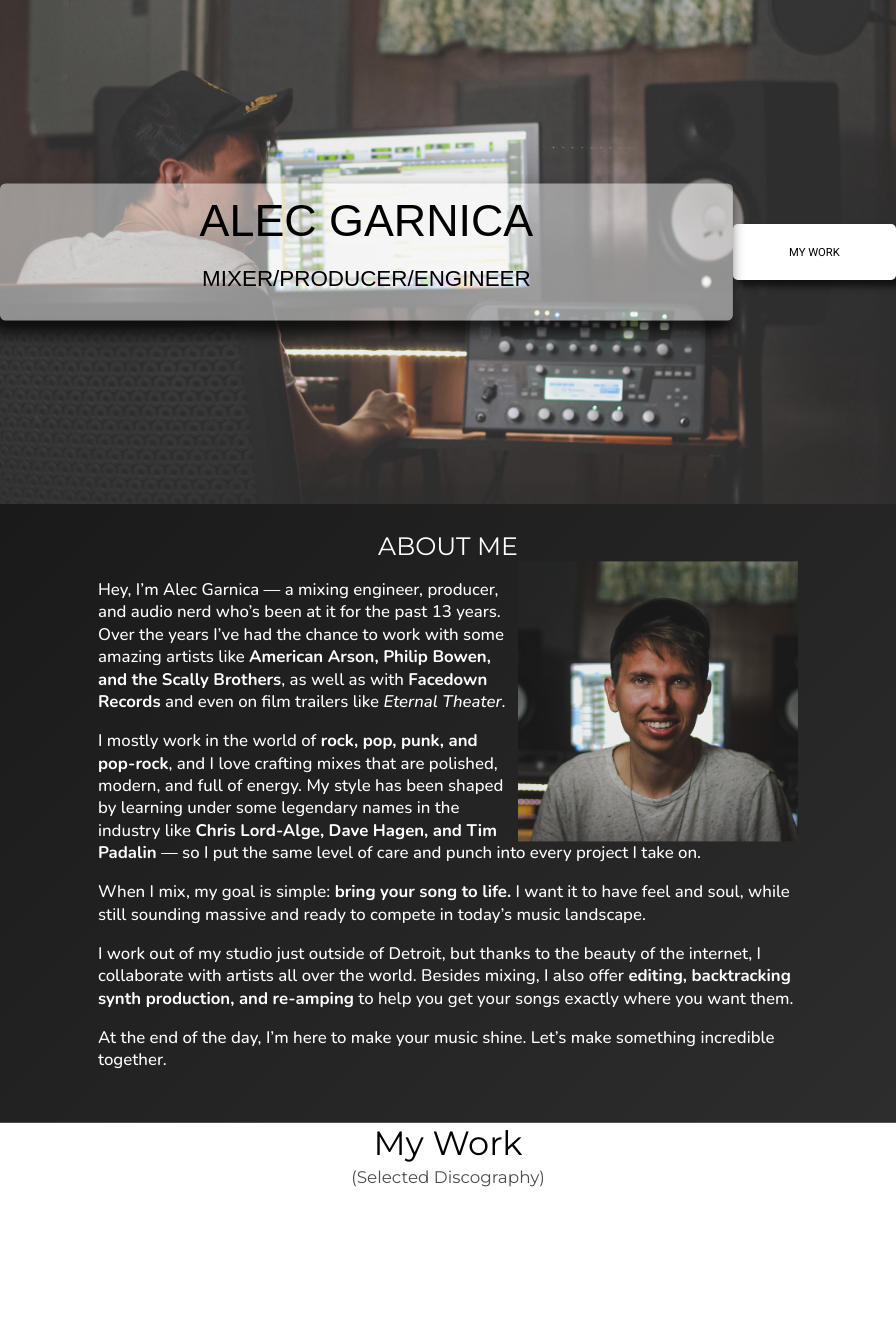
Repository: Aworminator/mixing-portfolio
Page: index.html
The author's editor kept a copy of each file at every save. The page is drawn from the files as they stood at one save, then again after a run of saves.
The browser window is 1280 px wide. The pictures show the part of the page from y = 0 to 1920 px (the page is 6553 px tall), at 70% of full size.
Pictures or frames that could not be fetched are drawn as grey boxes. Some web fonts or font styles are not loaded; a fallback is used.

Above is the page before, as saved 2025-09-02 17:18:21.
Console error: ReferenceError: emailjs is not defined

### index.html
<!DOCTYPE html>
<html lang="en">
  <head>
    <meta charset="UTF-8" />
    <meta name="viewport" content="width=device-width, initial-scale=1.0" />
    <title>Mixing Portfolio</title>
    <link rel="preconnect" href="https://fonts.googleapis.com" />
    <link rel="preconnect" href="https://fonts.gstatic.com" crossorigin />
    <link
      href="https://fonts.googleapis.com/css2?family=Gothic+A1:wght@100;200;300;400;500;600;700;800;900&family=Rock+Salt&family=Nunito:ital,wght@0,200..1000;1,200..1000&family=Montserrat:ital,wght@0,100..900;1,100..900&family=Caveat:wght@400..700&display=swap"
      rel="stylesheet"
    />
    <link
      href="https://fonts.googleapis.com/css2?family=Roboto:ital,wght@0,100..900;1,100..900&display=swap"
      rel="stylesheet"
    />
    <link rel="stylesheet" href="styles.css" />
    <link
      rel="stylesheet"
      href="https://cdnjs.cloudflare.com/ajax/libs/font-awesome/6.0.0/css/all.min.css"
      integrity="sha512-9usAa10IRO0HhonpyAIVpjrylPvoDwiPUiKdWk5t3PyolY1cOd4DSE0Ga+ri4AuTroPR5aQvXU9xC6qOPnzFeg=="
      crossorigin="anonymous"
      referrerpolicy="no-referrer"
    />
  </head>
  <body>
    <section class="home-page">
      <div class="container">
        <img
          src="./images/backShot.JPG"
          class="main-pic"
          alt="alecgarnica.com photo"
        />
        <div class="overlay">
          <h1 class="gothic-a1-regular">ALEC GARNICA</h1>
          <h2 class="gothic-a1-regular">MIXER/PRODUCER/ENGINEER</h2>
        </div>
        <button class="work-button">MY WORK</button>
      </div>
    </section>
    <section class="about-me">
      <div class="about-info">
        <h1>ABOUT ME</h1>
        <img src="./images/font-shot.JPG" class="front-shot" alt="" />
        <p>
          Hey, I’m Alec Garnica — a mixing engineer, producer, and audio nerd
          who’s been at it for the past 13 years. Over the years I’ve had the
          chance to work with some amazing artists like
          <strong>American Arson, Philip Bowen, and the Scally Brothers</strong
          >, as well as with <strong>Facedown Records</strong> and even on film
          trailers like <em>Eternal Theater</em>.
        </p>

        <p>
          I mostly work in the world of
          <strong>rock, pop, punk, and pop-rock</strong>, and I love crafting
          mixes that are polished, modern, and full of energy. My style has been
          shaped by learning under some legendary names in the industry like
          <strong>Chris Lord-Alge, Dave Hagen, and Tim Padalin</strong> — so I
          put the same level of care and punch into every project I take on.
        </p>

        <p>
          When I mix, my goal is simple:
          <strong>bring your song to life.</strong> I want it to have feel and
          soul, while still sounding massive and ready to compete in today’s
          music landscape.
        </p>

        <p>
          I work out of my studio just outside of Detroit, but thanks to the
          beauty of the internet, I collaborate with artists all over the world.
          Besides mixing, I also offer
          <strong>editing, backtracking synth production, and re-amping</strong>
          to help you get your songs exactly where you want them.
        </p>

        <p>
          At the end of the day, I’m here to make your music shine. Let’s make
          something incredible together.
        </p>
      </div>
    </section>
    <section class="audio-examples" id="work">
      <div class="audio-header">
        <h1 class="my-work">My Work</h1>
        <h2 class="Selected">(Selected Discography)</h2>
      </div>
      <div class="videos">
        <iframe
          max-width="700"
          max-height="400"
          src="https://www.youtube.com/embed/eqg1Gq4seWM?si=DX9P9PFpzfFowoa7"
          title="YouTube video player"
          frameborder="0"
          allow="accelerometer; autoplay; clipboard-write; encrypted-media; gyroscope; picture-in-picture; web-share"
          referre700licy="strict-origin-when-cross-origin"
          allowfullscreen
          class="video"
        ></iframe>
        <iframe
          max-width="700"
          max-height="400"
          src="https://www.youtube.com/embed/Iz-hEh3Y0hM?si=Wv5LKFF-jRccTdgM&amp;start=48"
          title="YouTube video player"
          frameborder="0"
          allow="accelerometer; autoplay; clipboard-write; encrypted-media; gyroscope; picture-in-picture; web-share"
          referrerpolicy="strict-origin-when-cross-origin"
          allowfullscreen
          class="video"
        ></iframe>
        <iframe
          max-width="700"
          max-height="400"
          src="https://www.youtube.com/embed/VA2vZEjnYfY?si=OQ5lfUXrBXHWdOYN"
          title="YouTube video player"
          frameborder="0"
          allow="accelerometer; autoplay; clipboard-write; encrypted-media; gyroscope; picture-in-picture; web-share"
          referrerpolicy="strict-origin-when-cross-origin"
          allowfullscreen
          class="video"
        ></iframe>
        <iframe
          max-width="700"
          max-height="400"
          src="https://www.youtube.com/embed/L9egLN9AOas?si=VhJ0fQgymm5FhAU1"
          title="YouTube video player"
          frameborder="0"
          allow="accelerometer; autoplay; clipboard-write; encrypted-media; gyroscope; picture-in-picture; web-share"
          referrerpolicy="strict-origin-when-cross-origin"
          allowfullscreen
          class="video"
        ></iframe>
      </div>

      <div class="audio">
        <div id="input"></div>
      </div>
      <a
        href="https://open.spotify.com/playlist/7I4emXAeLMEQLFu5VL2Gmp?si=4582652f148643d4"
        target="_blank"
        rel="noopener noreferrer"
        class="Discography"
      >
        Full Discography
        <img src="./images/spotify-icon.png" class="spotify" alt="Spotify" />
      </a>
    </section>

    <section class="contact">
      <div class="contact-form-container">
        <h1>Contact Me</h1>
        <form class="contact-form" id="contact-form" autocomplete="off">
          <div class="form-group">
            <label for="name">Name*</label>
            <input type="text" id="name" name="name" required />
          </div>
          <div class="form-group">
            <label for="email">Email*</label>
            <input type="email" id="email" name="email" required />
          </div>
          <div class="form-group">
            <label for="message">Message*</label>
            <textarea id="message" name="message" rows="5" required></textarea>
          </div>
          <button type="submit">Send</button>
        </form>
      </div>
    </section>

    <script src="script.js"></script>
    <script src="https://cdn.jsdelivr.net/npm/bootstrap@5.3.0-alpha1/dist/js/bootstrap.bundle.min.js"></script>
    <script
      type="text/javascript"
      src="https://cdn.jsdelivr.net/npm/@emailjs/browser@4/dist/email.min.js"
    ></script>
    <script type="text/javascript">
      (function () {
        emailjs.init({
          publicKey: "Av33DaVyg5wDM5N9s",
        });
      })();

      function sendEmail(event) {
        event.preventDefault();

        const serviceID = "service_x2fv1ji";
        const templateID = "template_xrm7y6m";

        emailjs
          .sendForm(
            serviceID,
            templateID,
            document.getElementById("contact-form")
          )
          .then(
            () => {
              alert("Message sent successfully!");
              document.getElementById("contact-form").reset();
            },
            (error) => {
              alert("Failed to send message. Please try again later.");
              console.error("EmailJS Error:", error);
            }
          );
      }

      document
        .getElementById("contact-form")
        .addEventListener("submit", sendEmail);
    </script>
  </body>
</html>

### styles.css
body,
html {
  margin: 0;
  padding: 0;
}

.rock-salt-regular {
  font-family: "Rock Salt", cursive;
  font-weight: 400;
  font-style: normal;
}

.gothic-a1-regular {
  font-family: "Gothic A1", sans-serif;
  font-weight: 500;
  font-style: normal;
}

p {
  font-family: "Nunito", sans-serif;
  font-optical-sizing: auto;
  font-weight: 500;
  font-style: normal;
}

h1,
h2,
h3 {
  font-family: "Montserrat", sans-serif;
  font-optical-sizing: auto;
  font-weight: 400;
  font-style: normal;
}

h3 {
  opacity: 80%;
}

.container {
  position: relative;
  width: 100%;
  height: 100vh; /* full screen hero section */
  display: flex;
  align-items: center; /* vertical centering */
  justify-content: center; /* horizontal centering */
  overflow: hidden;
}

.main-pic {
  width: 100%;
  height: 100%;
  object-fit: cover;
  position: absolute;
  top: 0;
  left: 0;
  z-index: -1;
  opacity: 0.9;
}

.overlay {
  z-index: 1;
  text-align: center;
  background-color: rgba(255, 255, 255, 0.467);
  width: 100%;
  box-shadow: -8px 14px 20px 4px rgb(0 0 0 / 69%);
  padding: 1rem 2rem;
  border-radius: 8px;
}

.overlay h1 {
  font-size: clamp(2rem, 5vw, 4rem); /* responsive text */
}

.overlay h2 {
  font-size: clamp(1rem, 3vw, 2rem);
}

.home-page {
  max-height: 900px;
}

.about-me {
  position: relative;
  max-height: 900px;
  background: linear-gradient(135deg, #1a1a1a 0%, #2d2d2d 100%);
  margin: 0 auto;
  padding-top: 3%;
}

.about-info {
  color: white;
  font-size: 1.5em;
  width: 1000px;
  margin: 0 auto;
  padding-bottom: 50px;
}

.videos {
  margin: 0 auto;
  font-size: 2em;
  display: flex;
  flex-direction: row;
  flex-wrap: wrap;
  gap: 40px;
  justify-content: center;
}

.my-work {
  font-size: 3em;
  text-align: center;
}

.Selected {
  text-align: center;
  opacity: 70%;
  position: relative;
  bottom: 15px;
}

.front-shot {
  float: right;
  height: 400px;
  width: 400px;
  object-fit: cover;
  aspect-ratio: 1 / 1;
}

.work-button {
  position: relative;
  display: flex;
  justify-content: center;
  align-items: center;
  text-align: center;
  font-size: 1em;
  background-color: rgb(255, 255, 255);
  width: 300px;
  height: 80px;
  border-radius: 7px;
  margin: 0 auto;
  box-shadow: 8px 9px 10px rgb(0 0 0 / 65%);
  font-family: "Roboto", sans-serif;
  font-optical-sizing: auto;
  font-weight: 400;
  font-style: normal;
  font-variation-settings: "wdth" 100;
  border: none;
  cursor: pointer;
  color: inherit;
}

.work-button:hover {
  transform: scale(1.1);
}

.work-button:active {
  transform: scale(0.9);
}

.card {
  height: 500px;
  width: 300px;
  border: 2px solid black;
  background-color: rgb(255, 255, 255);
  background: url("https://www.patternpictures.com/wp-content/uploads/Crumpled-white-paper-texture-background.jpg");
  background-color: rgba(255, 255, 255, 0.775);
  background-blend-mode: lighten;
  box-shadow: 5px 10px 20px 0 rgba(0, 0, 0, 0.535);
  border-radius: 10px;
  margin: 90px;
  display: flex;
  flex-direction: column;
  justify-content: flex-start;
  align-items: center;
  flex-wrap: wrap;
  z-index: 1;
}

h1 {
  text-align: center;
  margin: 0 auto;
}

h4 {
  font-family: "Caveat";
  font-optical-sizing: auto;
  font-weight: 400;
  font-style: normal;
  text-shadow: 2px 5px 6px rgba(0, 0, 0, 0.18);
}

#input {
  display: flex;
  justify-content: center;
  flex-direction: column;
  flex-wrap: wrap;
}

.audio {
  display: flex;
  flex-direction: column;
  justify-content: flex-start;
  margin-top: 50px;
}

.album-artwork {
  height: 300px;
  width: 300px;
  border-radius: 10px 10px 0 0;
  position: relative;
}

.card-info {
  display: flex;
  flex-direction: row;
  justify-content: space-around;
  width: 200px;
  margin-top: 10px;
  margin-bottom: 0;
  position: relative;
}

.band-info {
  border-radius: 10px;
  padding: 5px 10px;
  height: 100px;
  width: 200px;
  display: flex;
  flex-direction: column;
  align-items: flex-start;
  font-size: 0.9em;
  text-align: left;
}

.album-title {
  position: relative;
  bottom: 15px;
}

.link {
  text-decoration: none;
  color: black;
}

.link:hover {
  text-decoration: underline;
  transform: scale(1.05);
}

@keyframes move-words {
  0% {
    left: 100%;
  }
  100% {
    left: -100%;
  }
}

.fa-pause,
.fa-play {
  font-size: 2em;
  position: relative;
  right: 12px;
}

.fa-play:active {
  font-size: 2em;
  position: relative;
  transform: scale(0.8);
}

.player {
  display: flex;
  flex-direction: row;
  align-items: center;
  justify-content: center;
  padding: 10px 0 0 0;
  margin-bottom: 25px;
}

.progress-bar {
  background-color: white;
  border-radius: 40px;
  color: black;
  width: 150px;
  height: 12px;
  border: 1px solid rgb(221, 144, 99);
}

.progress {
  background-color: rgb(244, 164, 117);
  border-radius: 40px;
  height: 100%;
  width: 0%;
}

/* Contact Section Styles */
.contact {
  background: linear-gradient(135deg, #1a1a1a 0%, #2d2d2d 100%);
  padding: 80px 20px;
  min-height: 600px;
  display: flex;
  align-items: center;
  justify-content: center;
}

.contact-form-container {
  background: rgba(255, 255, 255, 0.95);
  border-radius: 15px;
  padding: 50px 40px;
  box-shadow: 0 20px 40px rgba(0, 0, 0, 0.3);
  max-width: 600px;
  width: 100%;
  backdrop-filter: blur(10px);
  border: 1px solid rgba(255, 255, 255, 0.2);
}

.contact-form-container h1 {
  color: #2d2d2d;
  font-size: 2.5em;
  text-align: center;
  margin-bottom: 40px;
  font-weight: 700;
  letter-spacing: 1px;
}

.contact-form {
  display: flex;
  flex-direction: column;
  gap: 25px;
}

.form-group {
  display: flex;
  flex-direction: column;
  gap: 8px;
}

.form-group label {
  font-family: "Montserrat", sans-serif;
  font-weight: 600;
  color: #333;
  font-size: 1.1em;
  letter-spacing: 0.5px;
}

.form-group input,
.form-group textarea {
  padding: 15px 20px;
  border: 2px solid #e0e0e0;
  border-radius: 10px;
  font-family: "Nunito", sans-serif;
  font-size: 1em;
  background: #fafafa;
  transition: all 0.3s ease;
  outline: none;
}

.form-group input:focus,
.form-group textarea:focus {
  border-color: #4a90e2;
  background: white;
  box-shadow: 0 0 0 3px rgba(74, 144, 226, 0.1);
  transform: translateY(-2px);
}

.form-group textarea {
  resize: vertical;
  min-height: 120px;
  font-family: "Nunito", sans-serif;
}

.contact-form button {
  background: linear-gradient(135deg, #4a90e2 0%, #357abd 100%);
  color: white;
  border: none;
  padding: 18px 30px;
  border-radius: 10px;
  font-family: "Montserrat", sans-serif;
  font-size: 1.2em;
  font-weight: 600;
  cursor: pointer;
  transition: all 0.3s ease;
  margin-top: 15px;
  letter-spacing: 1px;
  text-transform: uppercase;
}

.contact-form button:hover {
  transform: translateY(-3px);
  box-shadow: 0 10px 25px rgba(74, 144, 226, 0.4);
  background: linear-gradient(135deg, #357abd 0%, #2968a3 100%);
}

.contact-form button:active {
  transform: translateY(-1px);
  box-shadow: 0 5px 15px rgba(74, 144, 226, 0.3);
}

/* Discography Button Styles */
.Discography {
  background-color: black;
  color: white;
  border: none;
  padding: 18px 30px;
  border-radius: 10px;
  font-family: "Montserrat", sans-serif;
  font-size: 1.2em;
  font-weight: 600;
  cursor: pointer;
  transition: all 0.3s ease;
  margin: 30px auto;
  letter-spacing: 1px;
  text-transform: uppercase;
  display: flex;
  align-items: center;
  justify-content: center;
  gap: 10px;
  text-decoration: none;
  width: fit-content;
}

.Discography:hover {
  transform: translateY(-3px);
  box-shadow: 0 10px 25px rgba(74, 144, 226, 0.4);
  background: linear-gradient(135deg, #357abd 0%, #2968a3 100%);
  color: white;
}

.Discography:active {
  transform: translateY(-1px);
  box-shadow: 0 5px 15px rgba(74, 144, 226, 0.3);
}

.spotify {
  height: 50px;
  width: 50px;
  margin-left: 15px;
}

/* Responsive Design */
@media screen and (max-width: 768px) {
  .overlay {
    padding: 0.5rem 1rem;
  }

  .work-button {
    width: 150px;
    height: 50px;
    font-size: 0.9em;
  }

  .about-me {
    min-height: 1100px;
    padding-top: 3%;
  }

  .about-info {
    font-size: 1.1em;
    width: 90%;
    margin: 0 auto;
    padding: 10px;
    border: 2px solid rgba(255, 255, 255, 0.473);
  }

  .front-shot {
    height: 175px;
    width: 175px;
  }

  .audio-header {
    font-size: 0.8em;
    margin-top: 20px;
  }

  .card {
    height: 500px;
    width: 300px;
  }

  .contact {
    padding: 60px 15px;
  }

  .contact-form-container {
    padding: 40px 25px;
    margin: 0 10px;
  }

  .contact-form-container h1 {
    font-size: 2em;
    margin-bottom: 30px;
  }

  .form-group input,
  .form-group textarea {
    padding: 12px 15px;
  }

  .contact-form button {
    padding: 15px 25px;
    font-size: 1.1em;
  }
}

@media screen and (min-width: 768px) {
  #input {
    display: flex;
    flex-direction: row;
    justify-content: space-around;
  }

  .videos {
    display: flex;
    flex-direction: row;
    justify-content: center;
    flex-wrap: wrap;
  }

  .video {
    height: 400px;
    width: 700px;
  }
}

Loaded but not shown: script.js (157 lines, source omitted)

After the next 4 saves:
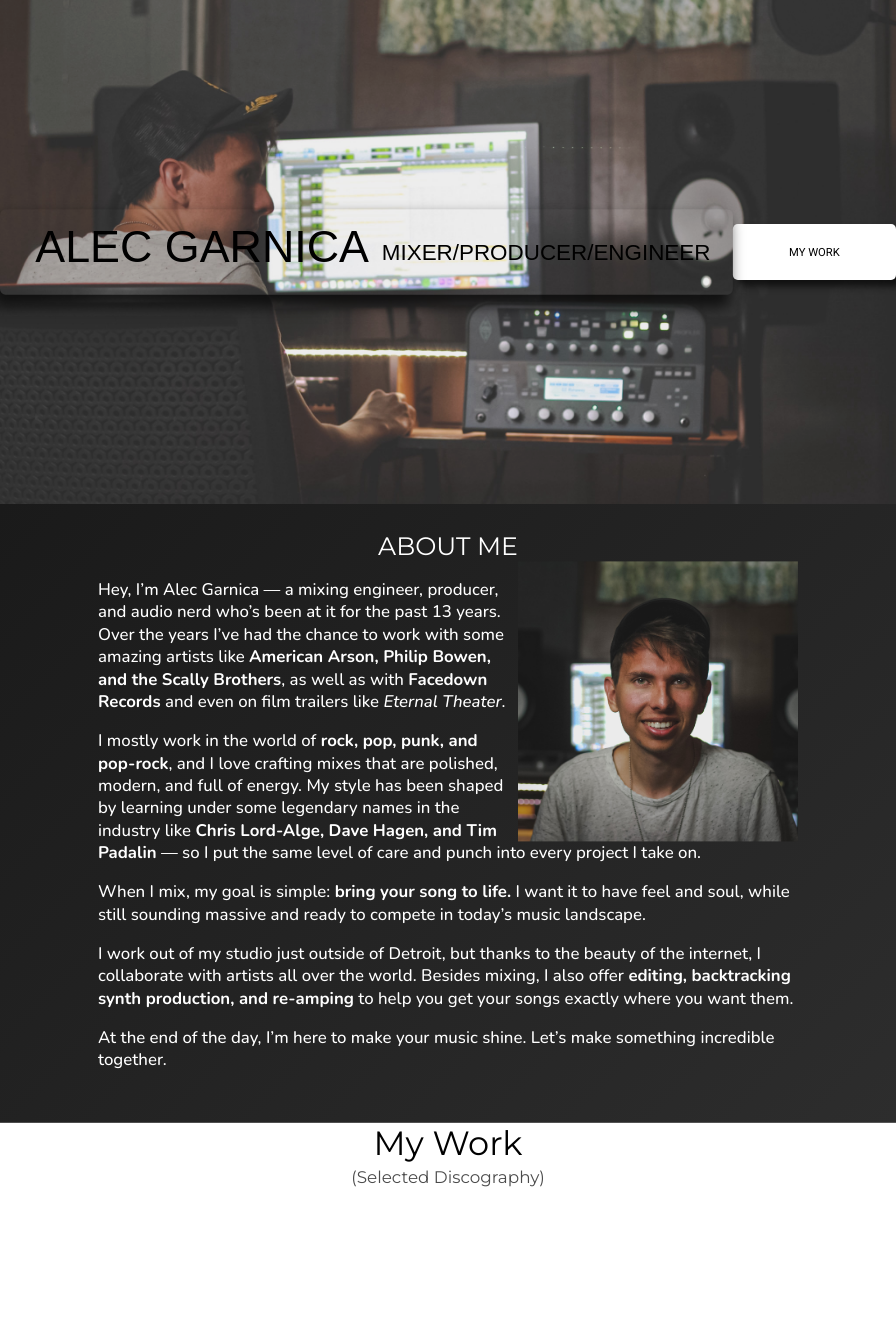
The 4 saves are shown as one change because they came seconds apart.
The last was saved 26 s later.
--- a/styles.css
+++ b/styles.css
@@ -60,6 +60,8 @@
 .overlay {
   z-index: 1;
   text-align: center;
+  display: flex;
+  dis
   background-color: rgba(255, 255, 255, 0.467);
   width: 100%;
   box-shadow: -8px 14px 20px 4px rgb(0 0 0 / 69%);

After the 2 saves that followed:
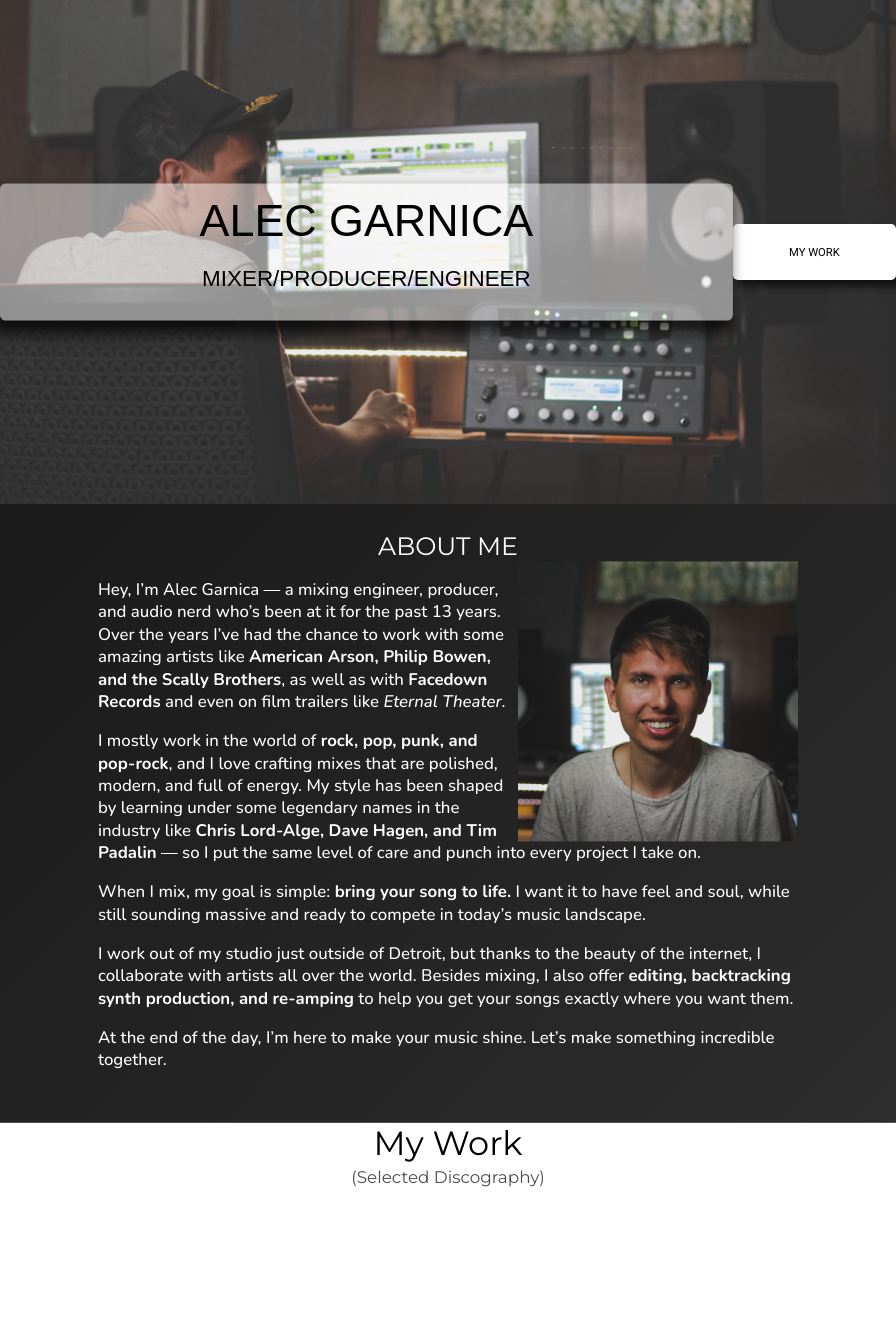
The 2 saves are shown as one change because they came seconds apart.
The last was saved 6 s later.
--- a/styles.css
+++ b/styles.css
@@ -61,7 +61,7 @@
   z-index: 1;
   text-align: center;
   display: flex;
-  dis
+  flex-direction: column;
   background-color: rgba(255, 255, 255, 0.467);
   width: 100%;
   box-shadow: -8px 14px 20px 4px rgb(0 0 0 / 69%);
